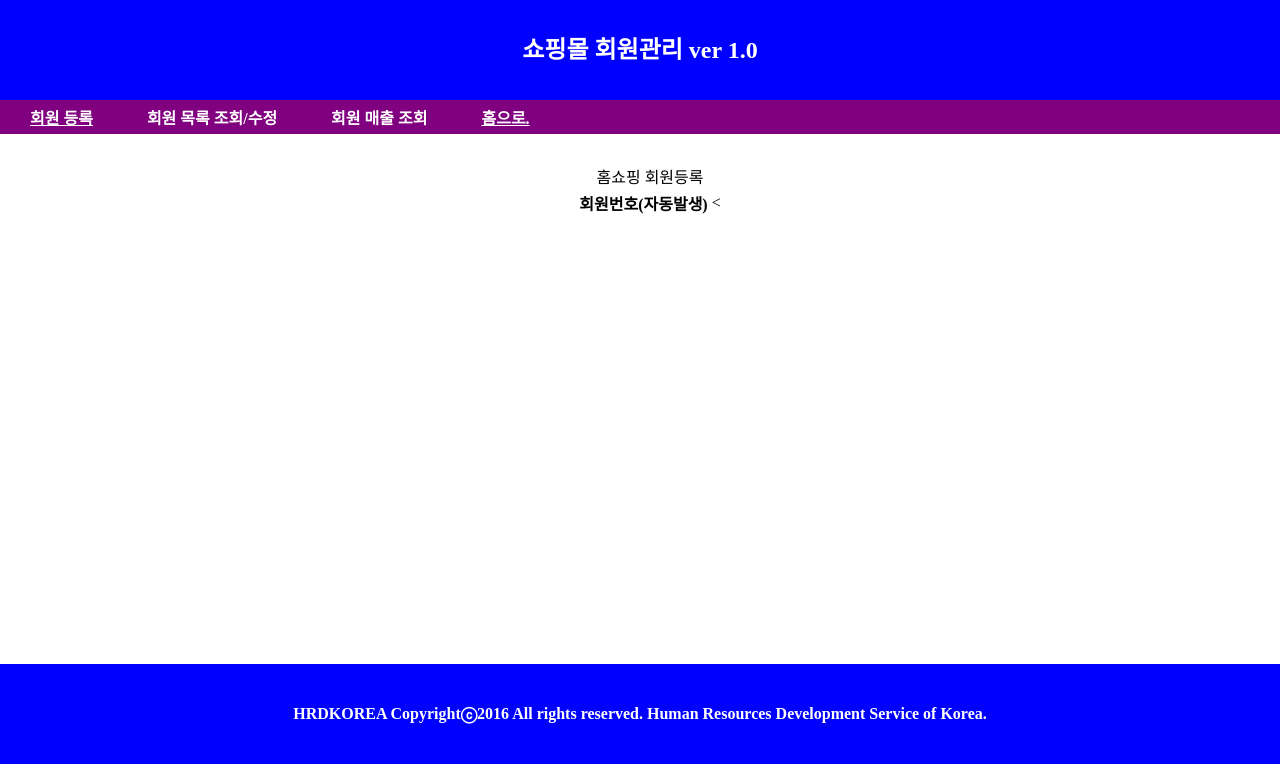
Repository: brightjy/Today-what-I-practiced
Page: http://localhost/HRD_900108/member/memberRegisterView.jsp
An editor plug-in stored every save of this project. The page is shown before and after the next save, followed by the edit.
The browser window is 1280 px wide. The pictures show the whole page.
The page is served by Tomcat 9.

Above is the page before, as saved 2020-05-09 12:05:26.

### hrdkorea_0509/HRD_900108/WebContent/member/memberRegisterView.jsp
<%@ page language="java" contentType="text/html; charset=UTF-8"
    pageEncoding="UTF-8"%>
<!DOCTYPE html>
<html>
<head>
<meta charset="UTF-8">
<title>Insert title here</title>
</head>
<body>
<jsp:include page="../main/header.jsp"/>
	<section>
		<form action="../memberRegister.do">
			<table>
				<caption>홈쇼핑 회원등록</caption>
				<tr>
					<th>
						회원번호(자동발생)
					</th>
					<td>
						<
					</td>
				</tr>
			</table>
		</form>
	</section>
<jsp:include page="../main/footer.jsp"/>
</body>
</html>

### hrdkorea_0509/HRD_900108/WebContent/main/header.jsp
<%@ page language="java" contentType="text/html; charset=UTF-8"
    pageEncoding="UTF-8"%>
<!DOCTYPE html>
<html>
<head>
<meta charset="UTF-8">
<title>Insert title here</title>
<style>
	*{
		margin:0 auto;
	}
	header{
		height:100px;
		background-color:blue;
	}
	header h2{
		text-align:center;
		line-height:100px;
		color:white;
	}
	nav{
		background-color:purple;
		padding:5px 0 5px 30px;
	}
	nav a{
		color: white;
		font-weight:bold;
		padding-right:50px;
	}
	section{
		padding: 30px 0 0 20px;
		height:500px;
	}
	section h3{
		text-align:center;
		margin-bottom:20px;
	}
	footer{
		height:100px;
		background-color:blue;
	}
	footer h4{
		text-align:center;
		line-height:100px;
		color:white;
	}
</style>
</head>
<body>
	<header>
		<h2>쇼핑몰 회원관리 ver 1.0</h2>
	</header>
	<nav>
		<a href="memberReigsterView.do">회원 등록</a>
		<a>회원 목록 조회/수정</a>
		<a>회원 매출 조회</a>
		<a href="main.do">홈으로.</a>
	</nav>
</body>
</html>

### hrdkorea_0509/HRD_900108/WebContent/main/footer.jsp
<%@ page language="java" contentType="text/html; charset=UTF-8"
    pageEncoding="UTF-8"%>
<!DOCTYPE html>
<html>
<head>
<meta charset="UTF-8">
<title>Insert title here</title>
<style>
	*{
		margin:0 auto;
	}
	header{
		height:100px;
		background-color:blue;
	}
	header h2{
		text-align:center;
		line-height:100px;
		color:white;
	}
	nav{
		background-color:purple;
		padding:5px 0 5px 30px;
	}
	nav a{
		color: white;
		font-weight:bold;
		padding-right:50px;
	}
	section{
		padding: 30px 0 0 20px;
		height:500px;
	}
	section h3{
		text-align:center;
		margin-bottom:20px;
	}
	footer{
		height:100px;
		background-color:blue;
	}
	footer h4{
		text-align:center;
		line-height:100px;
		color:white;
	}
</style>
</head>
<body>
	<footer>
		<h4>HRDKOREA Copyrightⓒ2016 All rights reserved. Human Resources Development Service of Korea.</h4>
	</footer>
</body>
</html>

After the next save:
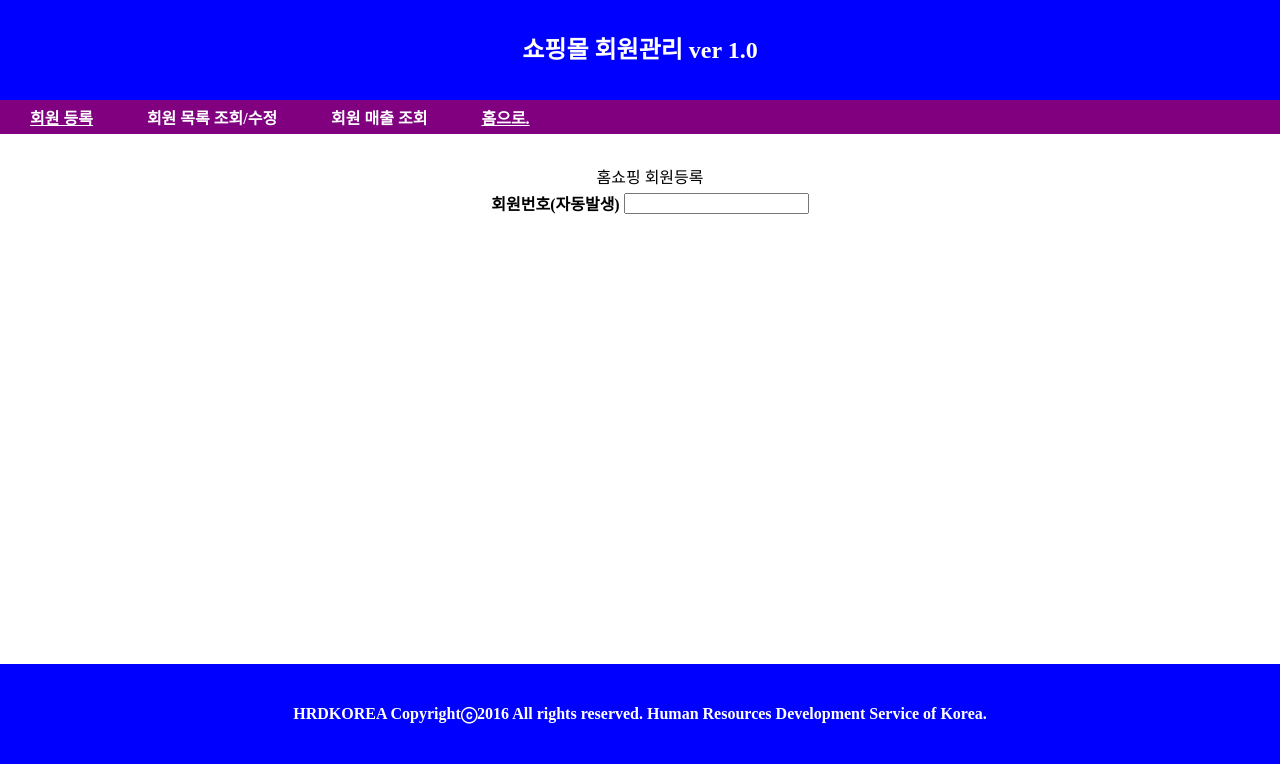
Saved 58 s later.
--- a/hrdkorea_0509/HRD_900108/WebContent/member/memberRegisterView.jsp
+++ b/hrdkorea_0509/HRD_900108/WebContent/member/memberRegisterView.jsp
@@ -17,7 +17,7 @@
 						회원번호(자동발생)
 					</th>
 					<td>
-						<
+						<input type="text" name="value="">
 					</td>
 				</tr>
 			</table>
